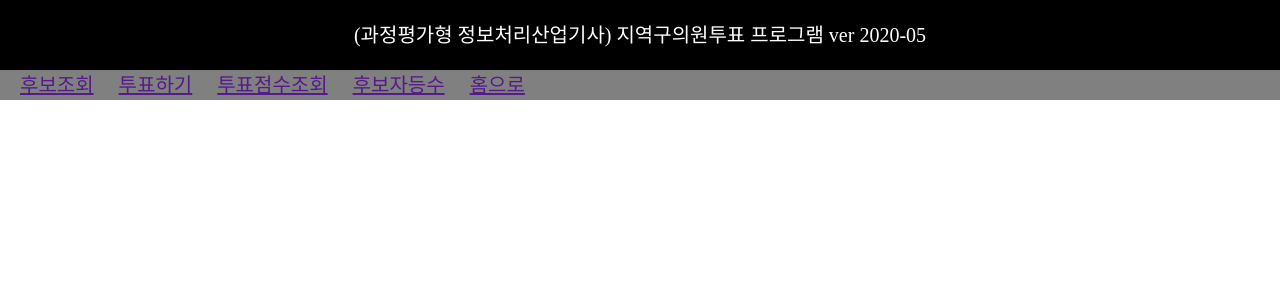
Repository: alsco727/JSP
Page: http://localhost/HRD_2207/header.jsp
The author's editor kept a copy of each file at every save. The page is drawn from the files as they stood at one save, then again after the next save.
The browser window is 1280 px wide. The pictures show the whole page.
The page is served by Tomcat 9.

Above is the page before, as saved 2022-08-29 08:21:03.

After the next save:
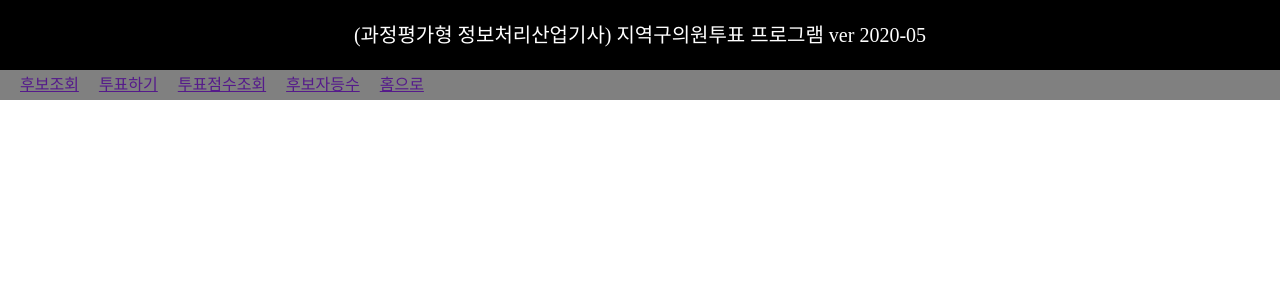
Saved 10 s later.
--- a/information_Processing/JSP과제4/HRD_2207/src/main/webapp/header.jsp
+++ b/information_Processing/JSP과제4/HRD_2207/src/main/webapp/header.jsp
@@ -9,7 +9,7 @@
 <body>
 <header style="position:fixed; top:0px; left:0px; width:100%; height:70px; line-height:70px; text-align:center; background-color:black; color:white; font-size:20px">(과정평가형 정보처리산업기사) 지역구의원투표 프로그램 ver 2020-05</header>
 
-<nav style="position:fixed; top:70px; left:0px; width:100%; height:30px; line-height:30px; background-color:gray; color:white; font-size:20px; padding-left:20px">
+<nav style="position:fixed; top:70px; left:0px; width:100%; height:30px; line-height:30px; background-color:gray; color:white; padding-left:20px">
 <a href="">후보조회</a> &nbsp; &nbsp;
 <a href="">투표하기</a> &nbsp; &nbsp;
 <a href="">투표점수조회</a> &nbsp; &nbsp;
